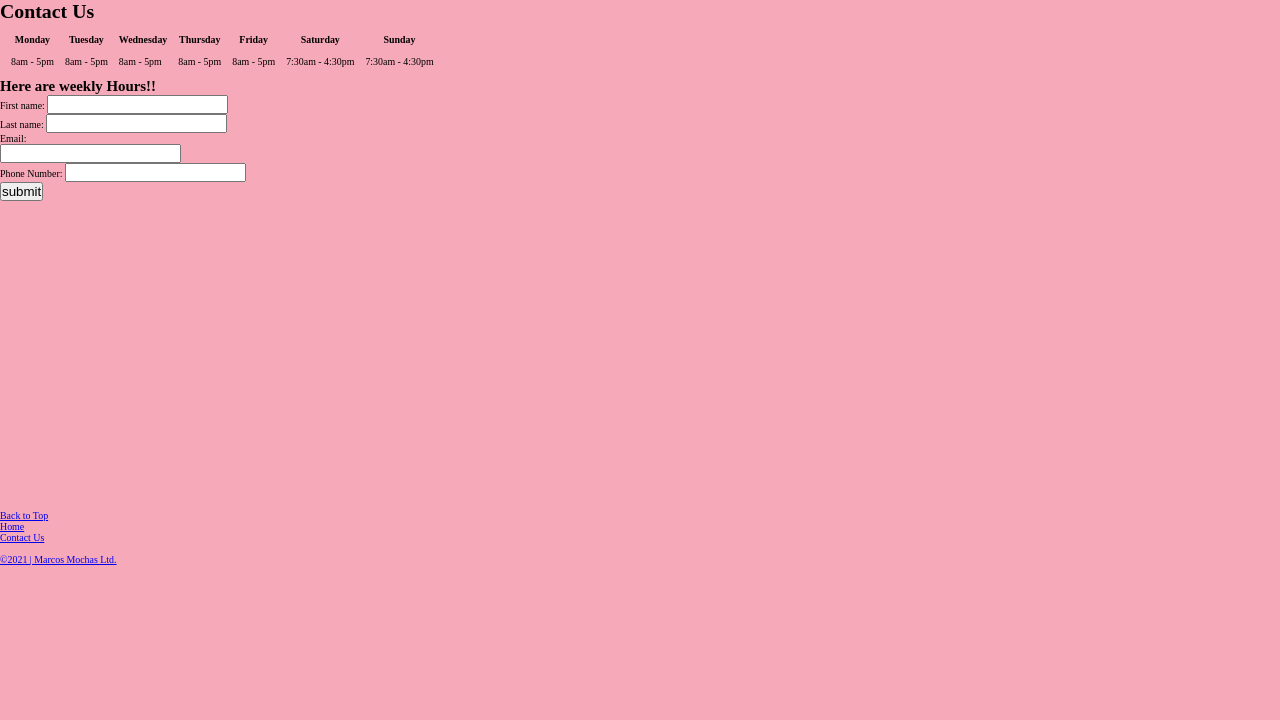
Repository: CAMPSLOPY/marcos-mochas
Page: HTML/contact.html
These files come from the project's save history. The page is drawn as it stood at one moment and after the next save; the edit follows.
The browser window is 1280 px wide. The pictures show the whole page.

Above is the page before, as saved 2021-07-02 17:24:23.

### HTML/contact.html
<!DOCTYPE html>
<html lang="en">
<head>
    <meta charset="UTF-8">
    <meta http-equiv="X-UA-Compatible" content="IE=edge">
    <meta name="viewport" content="width=device-width, initial-scale=1.0">
    <meta name="robots" content="index,follow" />
    <meta
      name="description"
      content=""
    />
    <link rel="stylesheet" href="/CSS/contact.css">
    <title>Contact Us</title>
</head>
<body>
    <header >
        <!--page hours title-->
        <h1  class="header-tex">Contact Us</h1>


    <div class="header-table-content">


        <!--Page hours and contact form-->
        <table cellspacing="11">
        <tr>
            <th>Monday</th>
            <th>Tuesday</th>
            <th>Wednesday</th>
            <th>Thursday</th>
            <th>Friday</th>
            <th>Saturday</th>
            <th>Sunday</th>
        </tr>
        <tr>
            <td>8am - 5pm</td>
            <td>8am - 5pm</td>
            <td>8am - 5pm</td>
            <td>8am - 5pm</td>
            <td>8am - 5pm</td>
            <td>7:30am - 4:30pm</td>
            <td>7:30am - 4:30pm</td>
        </tr>
        </table>
    </div>
</header>
    <main>
        <h2>Here are weekly Hours!!</h2>
        <!--Hours table start here-->

        <!--Form starts here-->
        <!-- i wrapped the form inside a div content so that we can give it freedo
        when styling -->
        <div class="form-content">

            <form class="contact-form" action="">


                <div class="form-control">
                    <!--first name input/required-->
                    <label for="fname">First name:</label>
                    <input type="text" id="fname" name="fname" value="" required>
                </div>
               <div class="form-control">
                 <!--last name input/required-->
                 <label for="lname">Last name:</label>
                 <input type="text" id="lname" name="lname" value="" required>
               </div>

               <div class="form-control">
                  <!--email address input/required-->
                  <label for="email">Email:</label><br>
                  <input type="text" id="email" name="Email" value="" required>
               </div>

               <div class="form-control">
                   <!--Phone number input/not required-->
                <label for="Phone">Phone Number:</label>
                <input type="text" id="phone" name="Phone" value="">
               </div>

                <!--Submit button-->
                <button type="submit">submit</button>
                      </form>
        </div>

    </main>

    <!--page navi links & copyright-->
    <footer>
        <div class="contact-footer">
        <ul>
            <!-- IDEA: img / just text for our "logo" -->
            <li><a href="#top">Back to Top</a></li>
            <li><a href="/HTML/Index.html">Home</a></li>
            <li><a href="/HTML/contact.html">Contact Us</la></li>
        </ul>
        </div>
        <br>
        <!--Copyright class -->
        <div class="copyright">
            <p>&copy;2021 | Marcos Mochas Ltd.</p>
        </div>
    </footer>
</body>
</html>

### CSS/contact.css

/* universal styling of the contact page */
* {
    margin: 0;
    padding: 0;
    box-sizing: border-box;
}

body{
    min-height: 100vh;
    background-color: #f38ba0bb;
}

html{
    font-size: 62%;
}
main{
    min-height: 60vh;
}
footer{
    min-height: 20vh;
}

.contact-header{
    text-align: center;
    min-height: 30vh;
}
/* styling the Form */



/* styling for hours table */

table {

}


/*Footer css code*/

/*The links at the bottom of the footer shouldnt be stacked up and placed at the bottom of the page*/

.contact-footer {


}

.copyright {

}

After the next save:
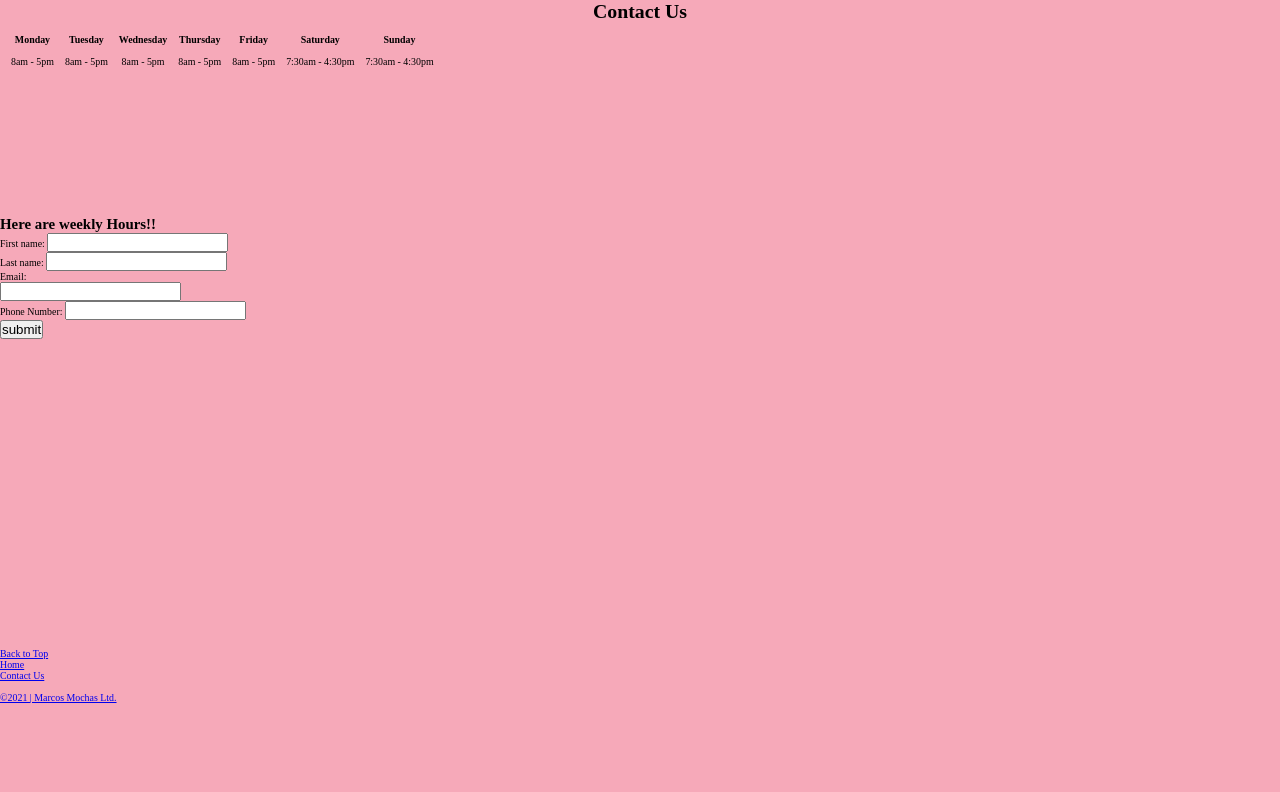
Saved 17 s later.
--- a/CSS/contact.css
+++ b/CSS/contact.css
@@ -21,7 +21,7 @@ footer{
     min-height: 20vh;
 }
 
-.contact-header{
+header{
     text-align: center;
     min-height: 30vh;
 }
